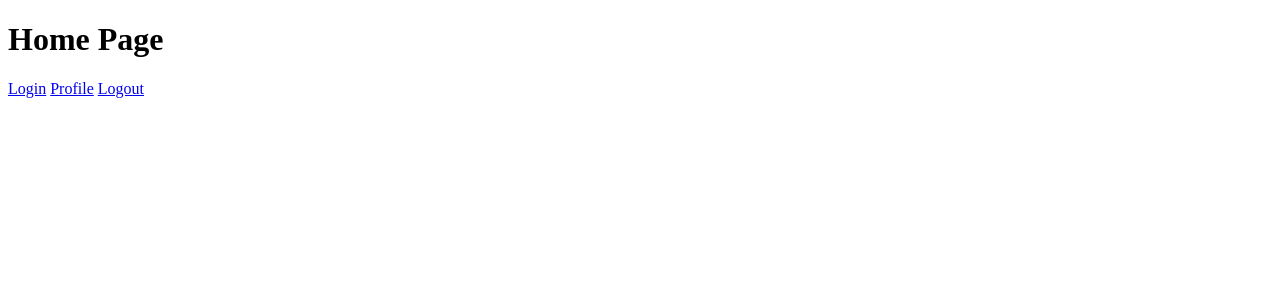
Repository: TarangPatel-Ai/J2EE
Page: Sessions/src/main/webapp/index.html
An editor plug-in stored every save of this project. The page is shown before and after the next save, followed by the edit.
The browser window is 1280 px wide. The pictures show the whole page.

Above is the page before, as saved 2025-10-20 17:15:33.

### Sessions/src/main/webapp/index.html
<!DOCTYPE html>
<html>
<head>
<meta charset="UTF-8">
<title>Insert title here</title>
</head>
<body>
<h1>Home Page</h1>
<a href="login.html">Login</a>
<a href="./Profile">Profile</a>
<a href="./Logout">Logout</a>
</body>
</html>

After the next save:
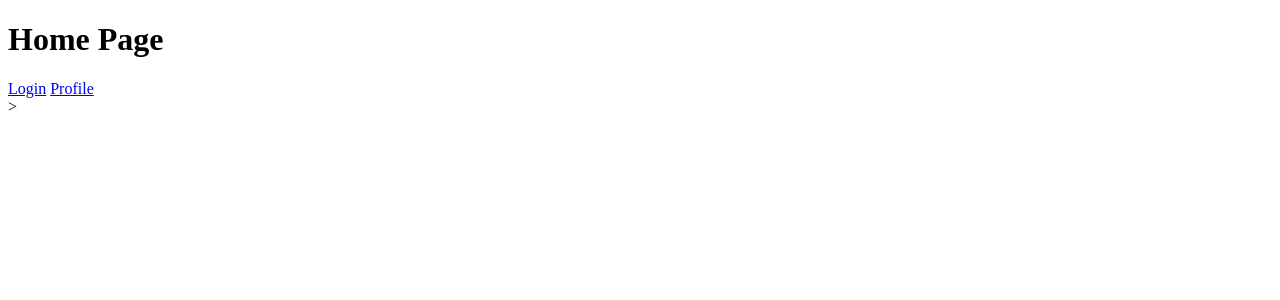
Saved 2 min 40 s later.
--- a/Sessions/src/main/webapp/index.html
+++ b/Sessions/src/main/webapp/index.html
@@ -8,6 +8,6 @@
 <h1>Home Page</h1>
 <a href="login.html">Login</a>
 <a href="./Profile">Profile</a>
-<a href="./Logout">Logout</a>
+<form action="" method="post"></form>>
 </body>
 </html>
